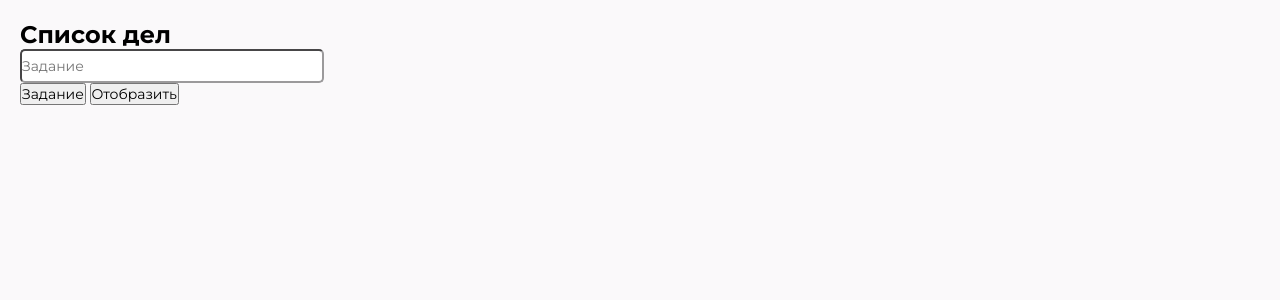
Repository: andbaik/it_unit9
Page: index.html
These files come from the project's save history. The page is drawn as it stood at one moment and after the next save; the edit follows.
The browser window is 1280 px wide. The pictures show the whole page.

Above is the page before, as saved 2021-04-06 22:00:25.

### index.html
<!DOCTYPE html>
<html lang="ru">
<head>
    <meta charset="UTF-8">
    <meta http-equiv="X-UA-Compatible" content="IE=edge">
    <meta name="viewport" content="width=device-width, initial-scale=1.0">
    <title>Список дел</title>
    <link rel="stylesheet" href="/css/style.css">
</head>
<body>

    <head>
        <h1>Список дел</h1>
    </head>
    <section>
        <input type="text" name="task" id="task" placeholder="Задание">
        <div class="btn-block">
        <button class="add-task btn">Задание</button>
        <button class="show-task btn">Отобразить</button>
        </div>
        <div class="result"></div>
    </section>
</body>
</html>

### css/style.css
@import url('https://fonts.googleapis.com/css2?family=Montserrat:wght@400;700&display=swap');

* {
    margin: 0;
    padding: 0;
    font-family: 'Montserrat', sans-serif;
    font-size: 14px;
}

body {
    margin: 20px;
    background-color: #FAF9FA;
}

h1 {
    font-size: 24px;
}

input {
    width: 300px;
    height: 30px;
    border-radius: 5px;
    border-color: #9B9A9B;
    color: #6B6A6B;
    outline: none;
}

section .btn-block{
    margin 10px 0;
}

/*
9B999B - border
F2F1F2 - btn bacground
6B696B - plasholder color text
C2C1C2 - btn text color

848384 - div color text
C2C1C2 border color div
*/

After the next save:
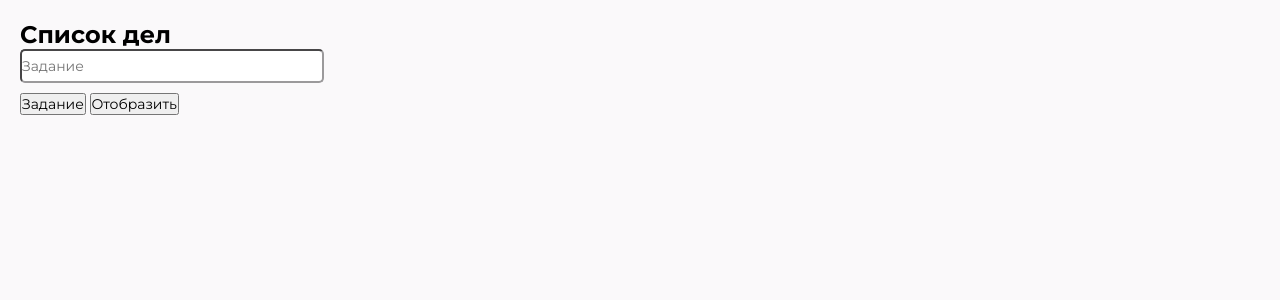
Saved 36 s later.
--- a/css/style.css
+++ b/css/style.css
@@ -26,7 +26,7 @@ input {
 }
 
 section .btn-block{
-    margin 10px 0;
+    margin: 10px 0;
 }
 
 /*
